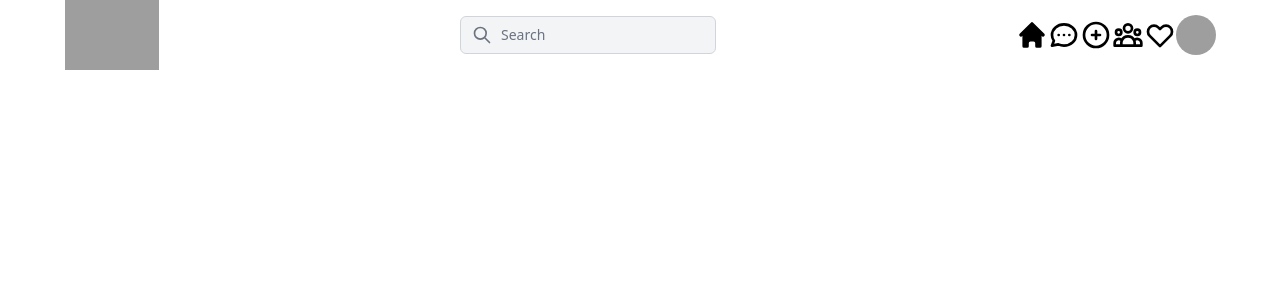
Repository: Qu4ntumGuy/insta-clone
Page: /
An editor plug-in stored every save of this project. The page is shown before and after the next save, followed by the edit.
The browser window is 1280 px wide. The pictures show the whole page.
Pictures or frames that could not be fetched are drawn as grey boxes. The project was rebuilt for these pictures with package versions that can differ from the ones it lists, and the page was loaded fresh each time. The framework's server and built-in components were replaced by stand-ins that run in the browser. Also part of the build but not shown: next.config.js.

Above is the page before, as saved 2022-03-16 13:08:22.

### pages/index.js
import Head from "next/head";
import Header from "../components/Header";

export default function Home() {
  return (
    <div className="">
      <Head>
        <title>Instagram 2.0</title>
        <link rel="icon" href="/favicon.ico" />
      </Head>
      <Header />
    </div>
  );
}

### components/Header.js
import Image from "next/image";
import {
  SearchIcon,
  PlusCircleIcon,
  UserGroupIcon,
  HeartIcon,
  CameraIcon,
  ChatIcon,
  MenuIcon,
} from "@heroicons/react/outline";
import { HomeIcon } from "@heroicons/react/solid";

const Header = () => {
  return (
    <div className="mx-5">
      <div className="flex justify-between max-w-6xl lg:mx-auto">
        <div className="relative hidden md:inline-grid w-24 cursor-pointer">
          <Image
            src="https://logos-world.net/wp-content/uploads/2020/04/Instagram-Logo.png"
            layout="fill"
            objectFit="contain"
          />
        </div>

        <div className="md:hidden flex items-center">
          <CameraIcon className=" absolute h-8 w-8" />
        </div>

        <div className=" max-w-xs">
          <div className=" relative m-1 p-3 rounded-md">
            <div className=" absolute inset-y-0  pl-3 flex items-center">
              <SearchIcon className=" h-5 w-5 text-gray-500" />
            </div>
            <input
              className="bg-gray-100 rounded-md block w-full pl-10 sm: text-sm
            border-gray-300 focus:ring-black focus:border-black"
              type="text"
              placeholder="Search"
            />
          </div>
        </div>
        <div className="flex items-center">
          <HomeIcon className=" h-8 w-8" />
          <ChatIcon className=" h-8 w-8" />
          <PlusCircleIcon className=" h-8 w-8" />
          <UserGroupIcon className="h-8 w-8" />
          <HeartIcon className=" h-8 w-8 " />
          <img
            className="h-10 w-10 rounded-full"
            src="https://upload.wikimedia.org/wikipedia/commons/thumb/2/2a/Instagram_logo.svg/840px-Instagram_logo.svg.png"
            alt="Profile"
          />
        </div>
      </div>
    </div>
  );
};

export default Header;

Loaded but not shown: pages/_app.js (common file); styles/globals.css (common file); tailwind.config.js (common file)

After the next save:
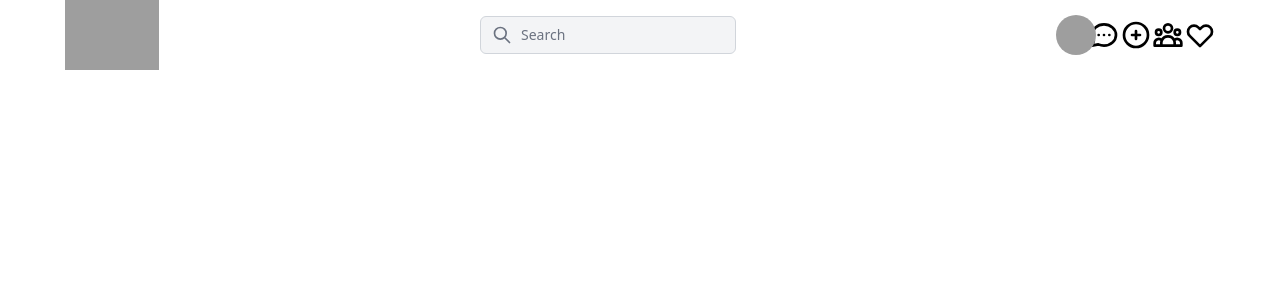
Saved 23 s later.
--- a/components/Header.js
+++ b/components/Header.js
@@ -46,7 +46,7 @@
           <UserGroupIcon className="h-8 w-8" />
           <HeartIcon className=" h-8 w-8 " />
           <img
-            className="h-10 w-10 rounded-full"
+            className=" absolute h-10 w-10 rounded-full"
             src="https://upload.wikimedia.org/wikipedia/commons/thumb/2/2a/Instagram_logo.svg/840px-Instagram_logo.svg.png"
             alt="Profile"
           />

After the save that followed:
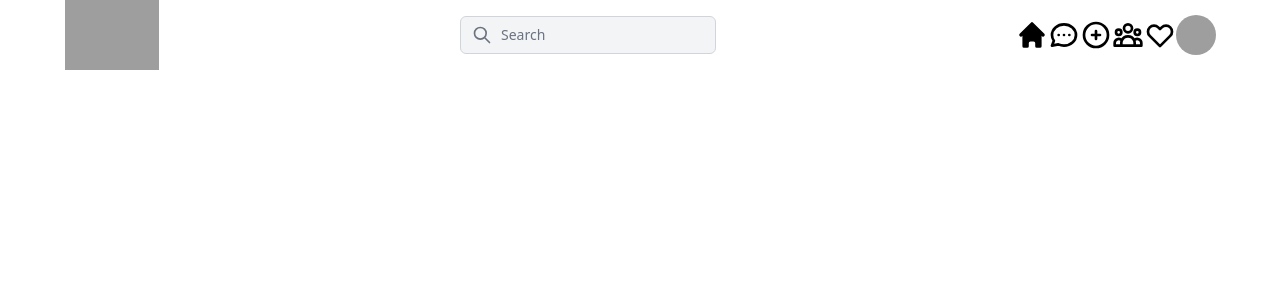
Saved 9 s later.
--- a/components/Header.js
+++ b/components/Header.js
@@ -46,7 +46,7 @@
           <UserGroupIcon className="h-8 w-8" />
           <HeartIcon className=" h-8 w-8 " />
           <img
-            className=" absolute h-10 w-10 rounded-full"
+            className=" relative h-10 w-10 rounded-full"
             src="https://upload.wikimedia.org/wikipedia/commons/thumb/2/2a/Instagram_logo.svg/840px-Instagram_logo.svg.png"
             alt="Profile"
           />
